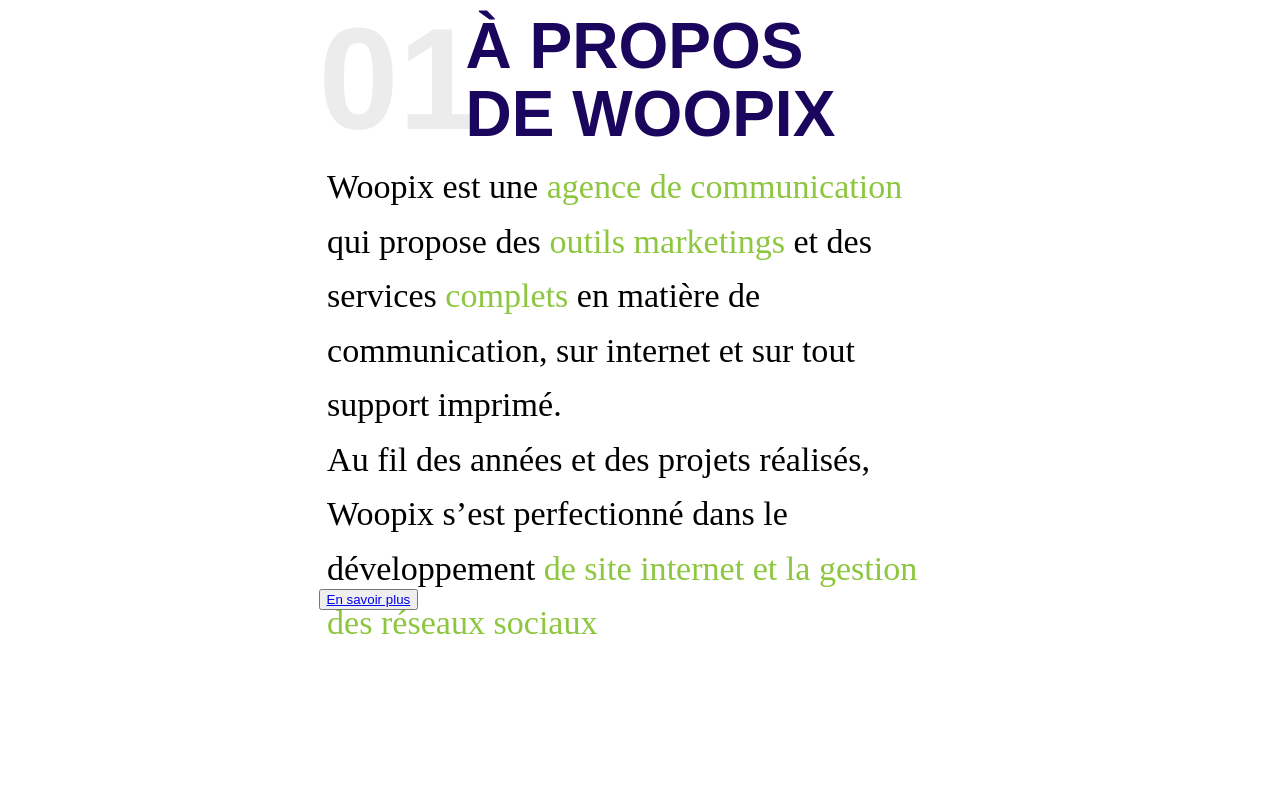
Repository: keloriane/woopix
Page: /about
These files come from the project's save history. The page is drawn as it stood at one moment and after the next save; the edit follows.
The browser window is 1280 px wide. The pictures show the whole page.
The project was rebuilt for these pictures with package versions that can differ from the ones it lists, and the page was loaded fresh each time. Also part of the build but not shown: src/pages/Services/components/ServiceItem.js, src/pages/Services/components/ServiceOption.js, src/pages/Services/index.js, src/pages/Home.js, src/global/Container.js.

Above is the page before, as saved 2020-09-24 12:47:38.

After the next save:
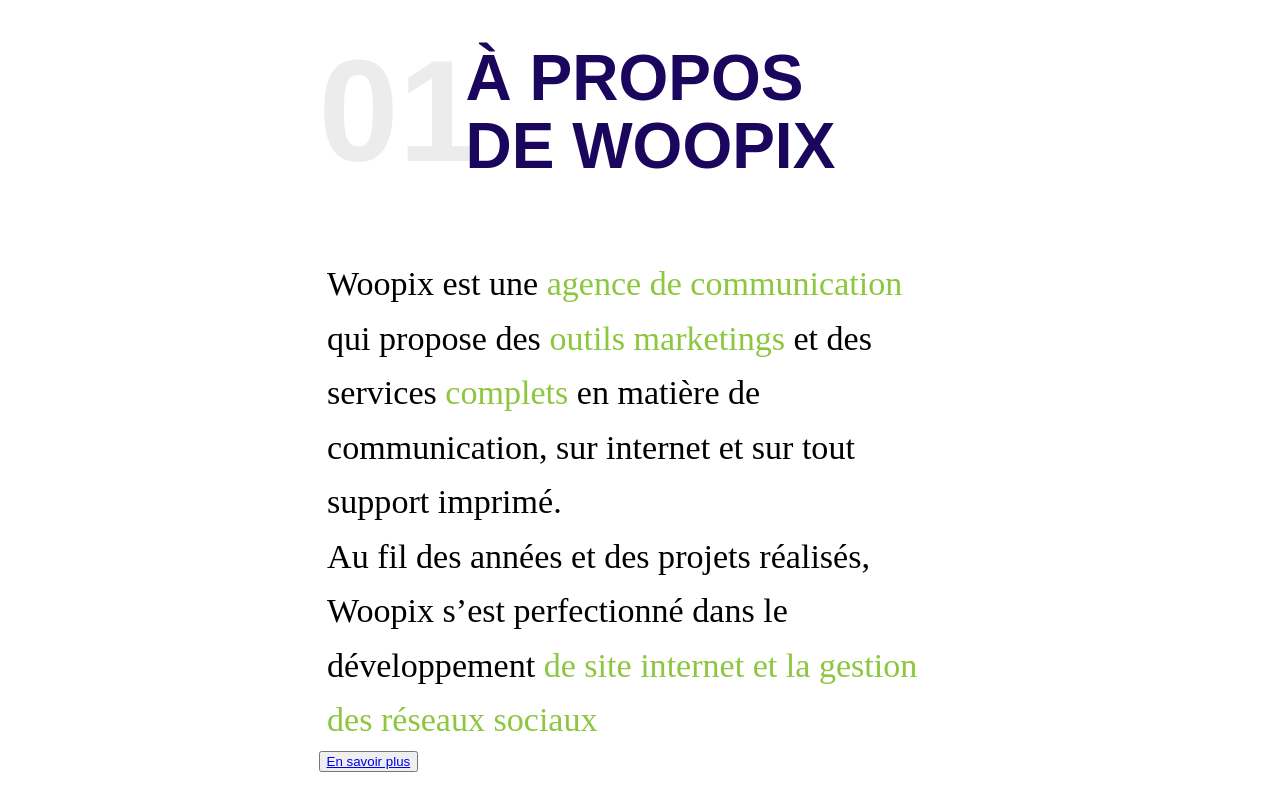
Saved 6 s later.
--- a/src/pages/About/index.js
+++ b/src/pages/About/index.js
@@ -12,7 +12,7 @@
       align-items: center;
       font-family: "Futura PT", sans-serif;
     }
-    ..about-wrapper{
+    .about-wrapper{
         display: flex;
     }
     .main-title {
